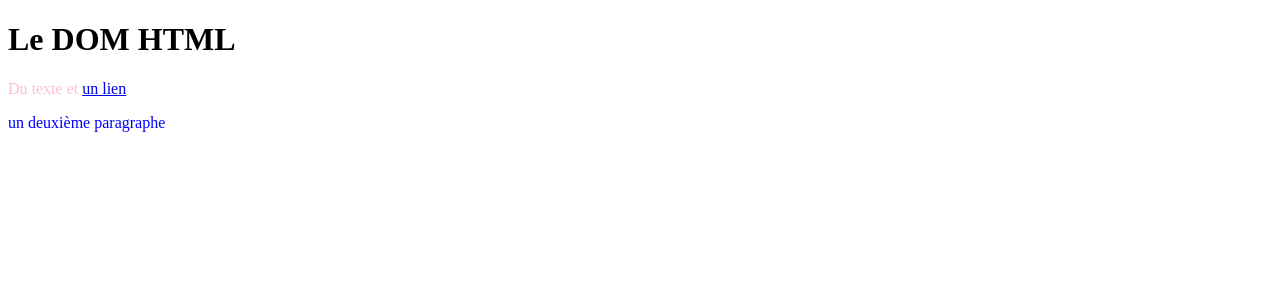
Repository: serviceshuios/-git-reference-java-lyon-worspace
Page: workspaceWeb/HtmlCssJavascript/WebContent/ModificationsDocumentEtElement.html
The author's editor kept a copy of each file at every save. The page is drawn from the files as they stood at one save, then again after the next save.
The browser window is 1280 px wide. The pictures show the whole page.

Above is the page before, as saved 2017-04-05 12:12:50.

After the next save:
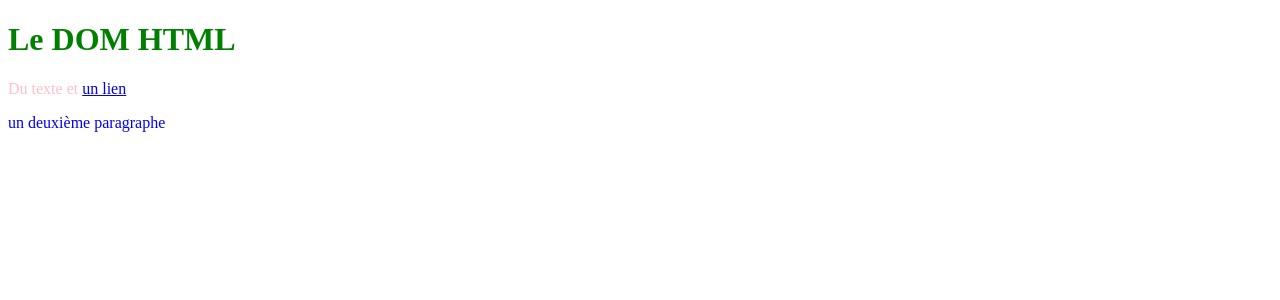
Saved 20 min 35 s later.
--- a/workspaceWeb/HtmlCssJavascript/WebContent/css/style6.css
+++ b/workspaceWeb/HtmlCssJavascript/WebContent/css/style6.css
@@ -5,3 +5,6 @@
 .para1{
 	color:pink;
 }
+#gros_titre{
+	color:green;
+}

After the save that followed:
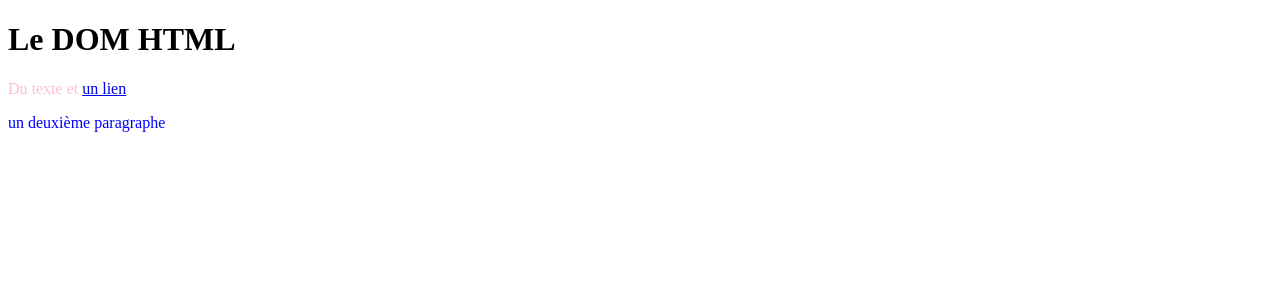
Saved 68 s later.
--- a/workspaceWeb/HtmlCssJavascript/WebContent/css/style6.css
+++ b/workspaceWeb/HtmlCssJavascript/WebContent/css/style6.css
@@ -5,6 +5,6 @@
 .para1{
 	color:pink;
 }
-#gros_titre{
+.styleTitre{
 	color:green;
 }
